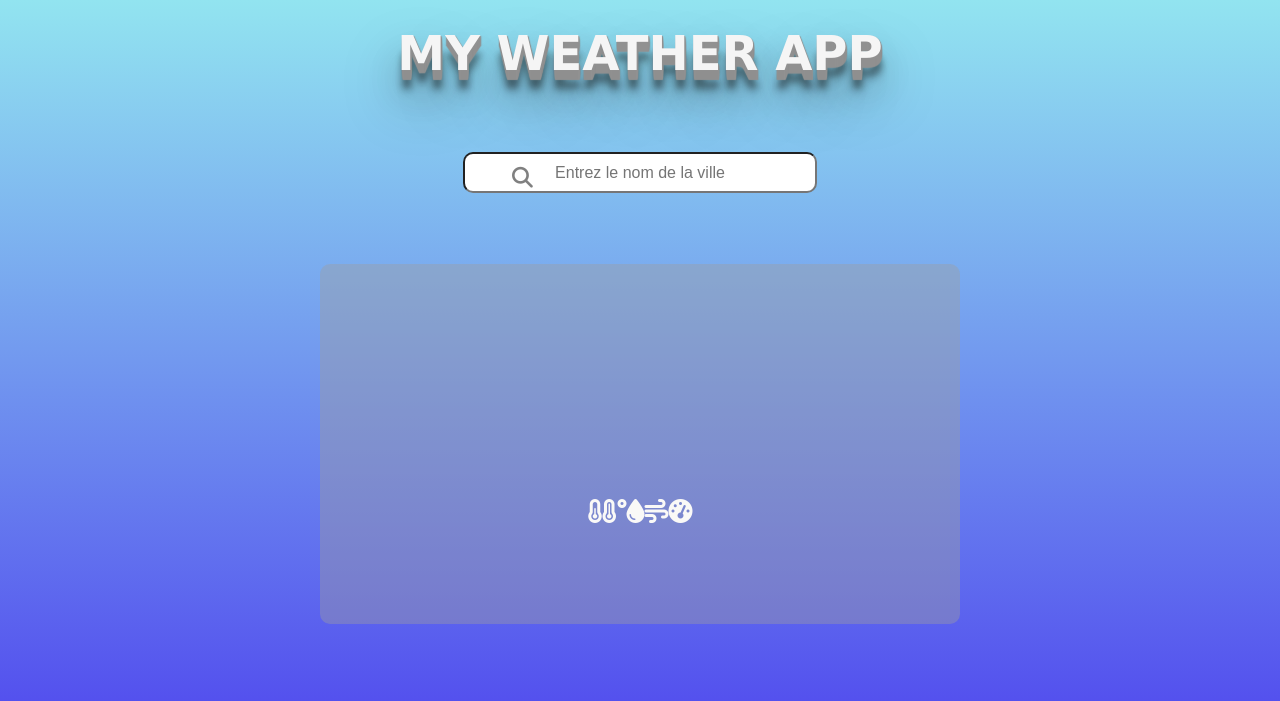
Repository: JeffnyAugustin/MyWeatherApp
Page: index.html
An editor plug-in stored every save of this project. The page is shown before and after a run of saves, followed by the edit.
The browser window is 1280 px wide. The pictures show the whole page.

Above is the page before, as saved 2023-11-15 18:01:05.

### index.html
<!DOCTYPE html>
<html lang="fr">

<head>
    <meta charset="UTF-8">
    <meta http-equiv="X-UA-Compatible" content="IE=edge">
    <meta name="viewport" content="width=device-width, initial-scale=1.0">
    <link rel="stylesheet" href="https://cdnjs.cloudflare.com/ajax/libs/font-awesome/6.4.2/css/all.min.css" integrity="sha512-z3gLpd7yknf1YoNbCzqRKc4qyor8gaKU1qmn+CShxbuBusANI9QpRohGBreCFkKxLhei6S9CQXFEbbKuqLg0DA==" crossorigin="anonymous" referrerpolicy="no-referrer" />
    <link rel="stylesheet" href="/css/style.css">
    <title>My Weather App</title>
</head>

<body>



    <div id="container"></div>

    <script src="/js/script.js"></script>
</body>

</html>

### css/style.css
* {
    padding : 0;
    margin: 0;
}

body {
    display: flex;
    justify-content: center;
    height: 100vh;
    width: 100vw;
    background: linear-gradient(0deg, rgba(82,77,238,1) 0%, rgba(146,228,240,1) 100%);
    overflow-y: hidden;
}

#container {
    display: flex;
    flex-direction: column;
    align-items: center;
    justify-content: space-around;
    gap: 20px;

}



#searchBox {
    width: 350px; /* Ajustez la largeur selon vos besoins */
    margin: 0 auto; /* Centrez la barre de recherche horizontalement */
    text-align: center;
    height: 37px;
    border-radius: 10px;
    font-size: 1rem;
}

#searchBox input {
    padding-left: 30px; /* Ajoutez un espace pour l'icône à gauche */
}

#searchContainer i.fas.fa-search {
    position: absolute;
    top: 25%;
    transform: translateY(-56%);
    left: 40%;
    color: grey;
    font-size: 1.3em;
  }


#allTogether {
    width: 50VW;
    height: 50VH;
    display: flex;
    flex-direction: column;
    justify-content: space-evenly;
    align-items: center;
    background-color: rgb(158 158 158 / 40%);
    border-radius: 10px;
}

div#meteoElement {
    display: flex;
    flex-direction: row;
    justify-content: space-around;
    flex-wrap: wrap;
    color: rgb(250, 249, 247);
    font-size: 1.5rem;
}

div#cityElement {
    display: flex;
    flex-direction: row;
    gap: 10px;
    justify-content: center;
}

div#cityDescription {
    display: flex;
    flex-direction: column;
    gap: 20PX;
}

#prevision {
    background-color: rgb(134 126 126 / 41%);
    display: flex;
    flex-direction: row;
    justify-content: center;
    align-items: center;
    gap: 10px;
}

.day-forecast {
    display: flex;
    flex-direction: column;
    align-items: center;
    height: 98%;
    width: 230px;
    background-color: #eeeced4f;
}


p {
    font-size: 2rem;
    color: white;
}

p.cityName {
    text-align: center;
}

h1.textTitle {
    text-transform: uppercase;
    font-family: verdana;
    font-size: 3em;
    font-weight: 700;
    color: #f5f5f5;
    text-shadow: 1px 1px 1px #919191,
        1px 2px 1px #919191,
        1px 3px 1px #919191,
        1px 4px 1px #919191,
        1px 5px 1px #919191,
        1px 6px 1px #919191,
        1px 7px 1px #919191,
        1px 8px 1px #919191,
        1px 9px 1px #919191,
        1px 10px 1px #919191,
    1px 18px 6px rgba(16,16,16,0.4),
    1px 22px 10px rgba(16,16,16,0.2),
    1px 25px 35px rgba(16,16,16,0.2),
    1px 30px 60px rgba(16,16,16,0.4);
}


.temps {
    font-size: 1.5rem;
}
.feels-like {
    font-size: 1.5rem;
  }

  .humidity {
    font-size: 1.5rem;
}

.wind {
    font-size: 1.5rem;
}

.pressure {
    font-size: 1.5rem;
}

### js/script.js
// Clé D'api
const API_KEY = "b476218e49ef0d0755a713e9ba77f79a";
// Lien vers L'api finissant par une recherche
const API_URL = `https://api.openweathermap.org/data/2.5/forecast?appid=${API_KEY}&units=metric&lang=fr&q=`;


const divContain = document.getElementById("container");
divContain.id = "container";


const titleDiv = document.createElement("div");
titleDiv.className = "title";

// Création H1
const heading = document.createElement('h1');
heading.className = "textTitle"

// Set the text content of the h1 element
heading.textContent = 'My Weather App';


// Création de div pour la recherche
const searchDiv = document.createElement("div");
searchDiv.id = "searchContainer";

// Création barre de recherche
const inputSearch = document.createElement("input");
inputSearch.id = "searchBox";
inputSearch.type = "text";
inputSearch.placeholder = "Entrez le nom de la ville"; // Ajout du placeholder

// Ajoutez cette ligne pour ajouter l'icône de loupe à la barre de recherche
const searchIcon = document.createElement("i");
searchIcon.className = "fas fa-search";
searchDiv.appendChild(searchIcon);


// Création de div
const newDiv = document.createElement("div");
newDiv.id = "allTogether";

// Création de div
const forecastDiv = document.createElement("div");
forecastDiv.id = "prevision";




const infoCityDiv = document.createElement("div");
infoCityDiv.id = "cityDescription";


// Création de div oiuyr stocker img + description
const cityImgDiv = document.createElement("div");
cityImgDiv.id = "cityElement";

// Création de div pour afficher les informations météorologiques
const weather = document.createElement("div");
weather.id = "meteoElement";

// Création balise paragraphe pour collecter le nom de la ville
const cityName = document.createElement("p");
cityName.className = "cityName";

// Création de div pour afficher la température
const temperatureDiv = document.createElement("div");
temperatureDiv.className = "temperature-container";

// Création balise paragraphe
const temperature = document.createElement("p");
temperature.className = "temps";

// Création de div pour afficher le temps ressenti
const feelsLikeDiv = document.createElement("div");
feelsLikeDiv.className = "feels-like-container";

// Création balise paragraphe pour la sensation thermique
const feelsLike = document.createElement("p");
feelsLike.className = "feels-like";

// Création de div pour afficher l'humidité
const humidityDiv = document.createElement("div");
humidityDiv.className = "humidity-container";

// Création de balise paragraphe pour l'humidité
const humidity = document.createElement("p");
humidity.className = "humidity";

// Création de div pour afficher le vent
const windDiv = document.createElement("div");
windDiv.className = "wind-container";

// Création de balise wind
const DataWind = document.createElement("p");
DataWind.className = "wind";



// Création de div pour l'humidité
const pressureDiv = document.createElement("div");
pressureDiv.className = "pressure-container";

// Création de balise paragraphe pour la pression atmosphérique
const pressure = document.createElement("p");
pressure.className = "pressure";

// Création de div pour afficher la description
const descriptionDiv = document.createElement("div");
descriptionDiv.className = "description-container";

// Création de balise paragraphe pour la description
const description = document.createElement("p");
description.className = "description";



// Création balise image
const image = document.createElement("img");

// Création balise icône pour la température
const temperatureIcon = document.createElement("i");
temperatureIcon.className = "fas fa-thermometer-half";

// Création balise icône pour la sensation thermique
const feelsLikeIcon = document.createElement("i");
feelsLikeIcon.className = "fas fa-temperature-high";

// Création balise icône pour l'humidité
const humidityIcon = document.createElement("i");
humidityIcon.className = "fas fa-tint";

// Création balise icône pour le vent
const windIcon = document.createElement("i");
windIcon.className = "fas fa-wind";

// Création balise icône pour la pression
const pressureIcon = document.createElement("i");
pressureIcon.className = "fas fa-tachometer-alt";



temperatureDiv.append(temperatureIcon, temperature); // ajout de l'icône

feelsLikeDiv.append(feelsLikeIcon, feelsLike); // ajout de l'icône

humidityDiv.append(humidityIcon, humidity); // ajout de l'icône

windDiv.append(windIcon, DataWind); // ajout de l'icône

pressureDiv.append(pressureIcon, pressure)

descriptionDiv.appendChild( description); // ajout de l'icône




// Function to format the date and time
function formatDateTime() {
    const currentDate = new Date();
    const options = { weekday: 'long', year: 'numeric', month: 'long', day: 'numeric', hour: 'numeric', minute: 'numeric'};
    return currentDate.toLocaleDateString('fr-FR', options);
}

// Create a div to display the date and time
    const dateTimeDiv = document.createElement("div");
    dateTimeDiv.id = "dateTime";
    infoCityDiv.appendChild(dateTimeDiv);

function checkWeather(city) {
    fetch(API_URL + city)
        .then(res => {
            if (!res.ok) {
                throw new Error("La ville n'a pas été trouvée");
            }
            return res.json();
        })
        .then(data => {
            cityName.textContent = data.city.name;
            image.src = `http://openweathermap.org/img/w/${data.list[0].weather[0].icon}.png`;

            description.textContent = data.list[0].weather[0].description;
            temperature.innerHTML = ` Température :  ${Math.round(data.list[0].main.temp)}°C `;
            feelsLike.textContent = "Temps Ressenti : " + Math.round(data.list[0].main.feels_like) + "°C";
            humidity.textContent = "Humidité  : " + data.list[0].main.humidity + "%";
            DataWind.textContent = "Vitesse du vent : " + Math.floor(data.list[0].wind.speed) + " Km/h";
            pressure.textContent = "Pression : " + data.list[0].main.pressure + " hPa";


             // Afficher les prévisions pour les 5 prochains jours
             for (let i = 0; i < data.list.length; i += 8) {
                const dayForecast = document.createElement("div");
                dayForecast.className = "day-forecast";

                const date = new Date(data.list[i].dt * 1000);
                const dayName = new Intl.DateTimeFormat('fr-FR', { weekday: 'long' }).format(date);

                const dayNameElement = document.createElement("p");
                dayNameElement.textContent = dayName;

                const iconElement = document.createElement("img");
                iconElement.src = `http://openweathermap.org/img/w/${data.list[i].weather[0].icon}.png`;

                const descriptionElement = document.createElement("p");
                descriptionElement.textContent = data.list[i].weather[0].description;

                const temperatureElement = document.createElement("p");
                temperatureElement.textContent = ` ${Math.round(data.list[i].main.temp)}°C`;

                dayForecast.append(dayNameElement, iconElement, descriptionElement, temperatureElement);
                forecastDiv.appendChild(dayForecast);
             }

               // Display the date and time
               dateTimeDiv.textContent = "Date du jour : " + formatDateTime();

        })
        .catch(error => {
            console.error("Erreur de requête :", error.message);
            // Ajoutez ici un traitement pour informer l'utilisateur de l'erreur
        });
}

inputSearch.addEventListener("change", () => {
    checkWeather(inputSearch.value);
});


weather.append(temperatureDiv, feelsLikeDiv, humidityDiv, windDiv, pressureDiv); // ajout des éléments Weather
newDiv.append(infoCityDiv, weather); // ajout du conteneur Weather à newDiv
infoCityDiv.append(cityName, cityImgDiv)
cityImgDiv.append(image, descriptionDiv)
titleDiv.appendChild(heading)
// Ajout de la barre de recherche à la div de recherche
searchDiv.appendChild(inputSearch);
divContain.append(titleDiv, searchDiv, newDiv, forecastDiv); // ajout de tous les éléments à divContain
document.body.appendChild(divContain);



// Mise à jour des informations météorologiques toutes les 5 minutes
setInterval(function () {
    // Ici, mettre à jour les informations de la météo à l'aide de l'API ou d'autres sources
    // Vous pouvez appeler la fonction checkWeather avec la dernière ville recherchée
    checkWeather(inputSearch.value);
}, 5 * 60 * 1000);

After the next 2 saves:
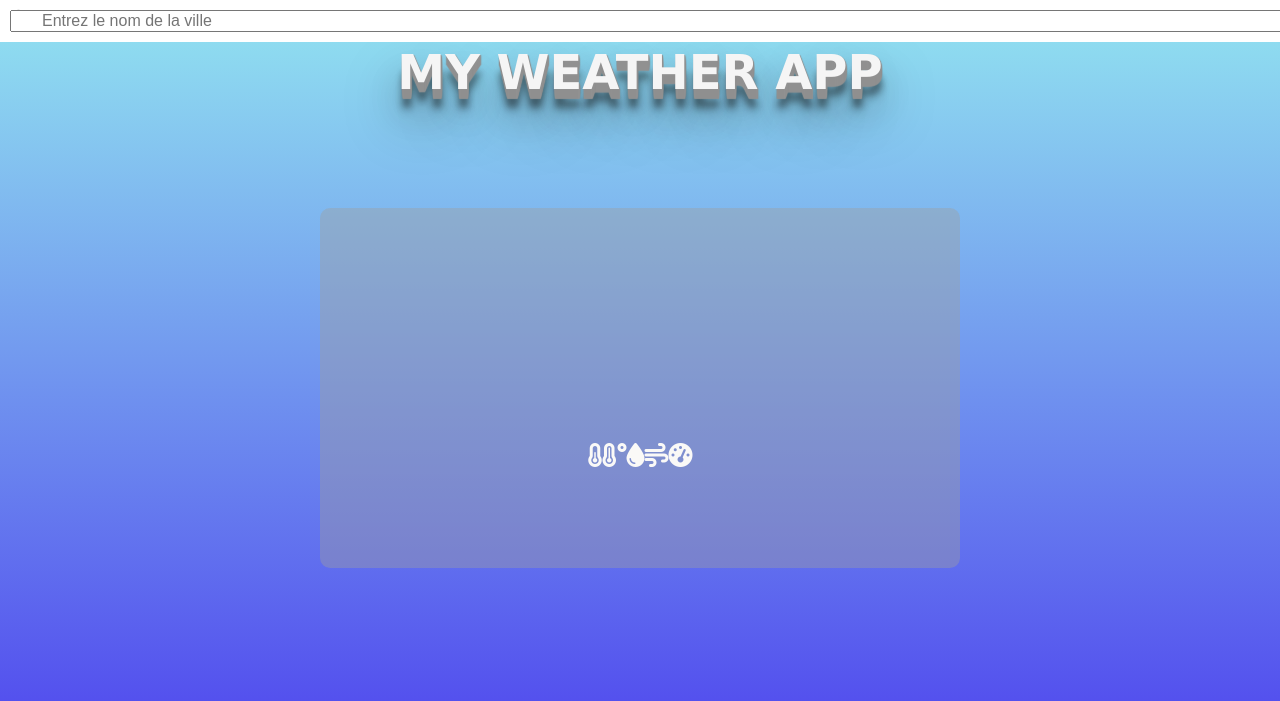
The 2 saves are shown as one change because they came seconds apart.
The last was saved 88 s later.
--- a/css/style.css
+++ b/css/style.css
@@ -1,5 +1,5 @@
 * {
-    padding : 0;
+    padding: 0;
     margin: 0;
 }
 
@@ -8,7 +8,7 @@
     justify-content: center;
     height: 100vh;
     width: 100vw;
-    background: linear-gradient(0deg, rgba(82,77,238,1) 0%, rgba(146,228,240,1) 100%);
+    background: linear-gradient(0deg, rgba(82, 77, 238, 1) 0%, rgba(146, 228, 240, 1) 100%);
     overflow-y: hidden;
 }
 
@@ -18,42 +18,49 @@
     align-items: center;
     justify-content: space-around;
     gap: 20px;
-
 }
 
-
+#searchContainer {
+    position: fixed;
+    top: 0;
+    left: 0;
+    width: 100%;
+    background-color: #fff;
+    padding: 10px;
+    z-index: 1000;
+    display: flex;
+    justify-content: center;
+}
 
 #searchBox {
-    width: 350px; /* Ajustez la largeur selon vos besoins */
-    margin: 0 auto; /* Centrez la barre de recherche horizontalement */
-    text-align: center;
-    height: 37px;
-    border-radius: 10px;
+    position: relative;
+    flex: 1;
+    padding-left: 30px;
     font-size: 1rem;
 }
 
 #searchBox input {
-    padding-left: 30px; /* Ajoutez un espace pour l'icône à gauche */
+    padding-left: 30px;
+    width: 100%;
 }
 
 #searchContainer i.fas.fa-search {
     position: absolute;
-    top: 25%;
-    transform: translateY(-56%);
-    left: 40%;
+    top: 50%;
+    transform: translateY(-50%);
+    left: 10px;
     color: grey;
     font-size: 1.3em;
-  }
-
+}
 
 #allTogether {
-    width: 50VW;
-    height: 50VH;
+    width: 50vw;
+    height: 50vh;
     display: flex;
     flex-direction: column;
     justify-content: space-evenly;
     align-items: center;
-    background-color: rgb(158 158 158 / 40%);
+    background-color: rgba(158, 158, 158, 0.4);
     border-radius: 10px;
 }
 
@@ -62,7 +69,7 @@
     flex-direction: row;
     justify-content: space-around;
     flex-wrap: wrap;
-    color: rgb(250, 249, 247);
+    color: #faf9f7;
     font-size: 1.5rem;
 }
 
@@ -76,11 +83,11 @@
 div#cityDescription {
     display: flex;
     flex-direction: column;
-    gap: 20PX;
+    gap: 20px;
 }
 
 #prevision {
-    background-color: rgb(134 126 126 / 41%);
+    background-color: rgba(134, 126, 126, 0.41);
     display: flex;
     flex-direction: row;
     justify-content: center;
@@ -97,7 +104,6 @@
     background-color: #eeeced4f;
 }
 
-
 p {
     font-size: 2rem;
     color: white;
@@ -113,31 +119,18 @@
     font-size: 3em;
     font-weight: 700;
     color: #f5f5f5;
-    text-shadow: 1px 1px 1px #919191,
-        1px 2px 1px #919191,
-        1px 3px 1px #919191,
-        1px 4px 1px #919191,
-        1px 5px 1px #919191,
-        1px 6px 1px #919191,
-        1px 7px 1px #919191,
-        1px 8px 1px #919191,
-        1px 9px 1px #919191,
-        1px 10px 1px #919191,
-    1px 18px 6px rgba(16,16,16,0.4),
-    1px 22px 10px rgba(16,16,16,0.2),
-    1px 25px 35px rgba(16,16,16,0.2),
-    1px 30px 60px rgba(16,16,16,0.4);
+    text-shadow: 1px 1px 1px #919191, 1px 2px 1px #919191, 1px 3px 1px #919191, 1px 4px 1px #919191, 1px 5px 1px #919191, 1px 6px 1px #919191, 1px 7px 1px #919191, 1px 8px 1px #919191, 1px 9px 1px #919191, 1px 10px 1px #919191, 1px 18px 6px rgba(16, 16, 16, 0.4), 1px 22px 10px rgba(16, 16, 16, 0.2), 1px 25px 35px rgba(16, 16, 16, 0.2), 1px 30px 60px rgba(16, 16, 16, 0.4);
 }
-
 
 .temps {
     font-size: 1.5rem;
 }
+
 .feels-like {
     font-size: 1.5rem;
-  }
+}
 
-  .humidity {
+.humidity {
     font-size: 1.5rem;
 }
 

After the save that followed:
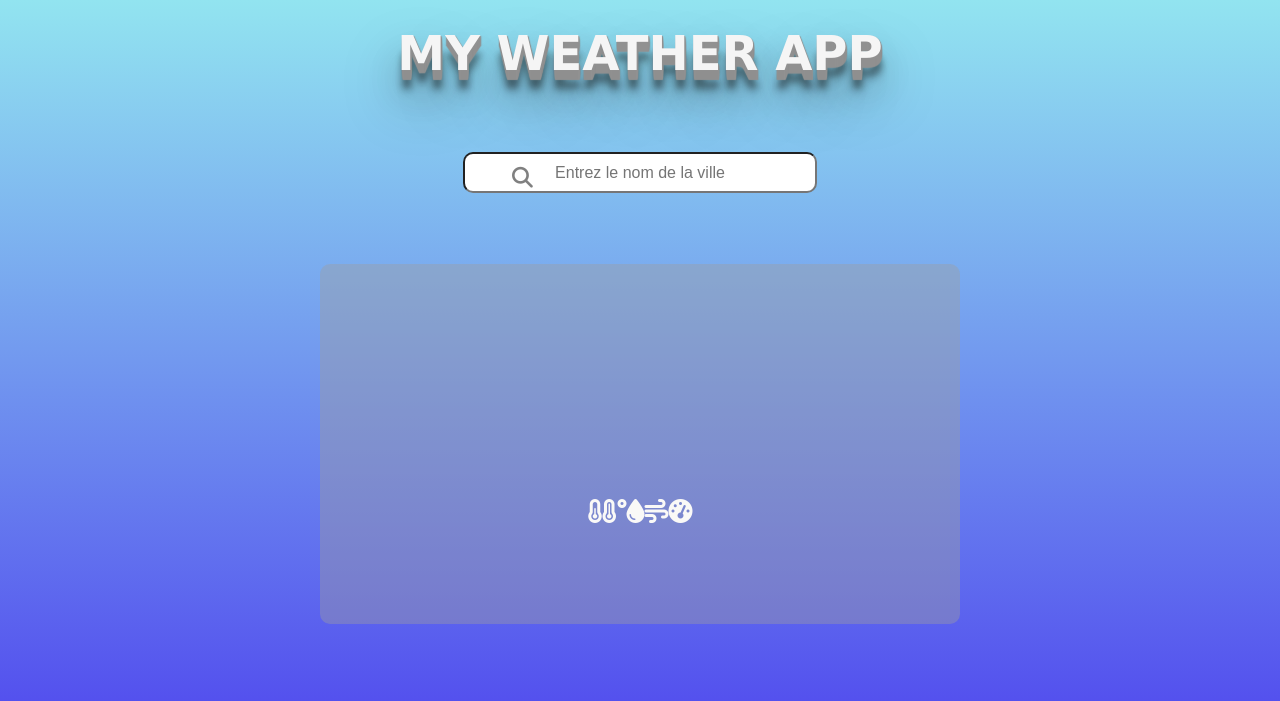
Saved 24 s later.
--- a/css/style.css
+++ b/css/style.css
@@ -1,5 +1,5 @@
 * {
-    padding: 0;
+    padding : 0;
     margin: 0;
 }
 
@@ -8,7 +8,7 @@
     justify-content: center;
     height: 100vh;
     width: 100vw;
-    background: linear-gradient(0deg, rgba(82, 77, 238, 1) 0%, rgba(146, 228, 240, 1) 100%);
+    background: linear-gradient(0deg, rgba(82,77,238,1) 0%, rgba(146,228,240,1) 100%);
     overflow-y: hidden;
 }
 
@@ -18,49 +18,42 @@
     align-items: center;
     justify-content: space-around;
     gap: 20px;
+
 }
 
-#searchContainer {
-    position: fixed;
-    top: 0;
-    left: 0;
-    width: 100%;
-    background-color: #fff;
-    padding: 10px;
-    z-index: 1000;
-    display: flex;
-    justify-content: center;
-}
+
 
 #searchBox {
-    position: relative;
-    flex: 1;
-    padding-left: 30px;
+    width: 350px; /* Ajustez la largeur selon vos besoins */
+    margin: 0 auto; /* Centrez la barre de recherche horizontalement */
+    text-align: center;
+    height: 37px;
+    border-radius: 10px;
     font-size: 1rem;
 }
 
 #searchBox input {
-    padding-left: 30px;
-    width: 100%;
+    padding-left: 30px; /* Ajoutez un espace pour l'icône à gauche */
 }
 
 #searchContainer i.fas.fa-search {
     position: absolute;
-    top: 50%;
-    transform: translateY(-50%);
-    left: 10px;
+    top: 25%;
+    transform: translateY(-56%);
+    left: 40%;
     color: grey;
     font-size: 1.3em;
-}
+  }
+
 
 #allTogether {
-    width: 50vw;
-    height: 50vh;
+    width: 50VW;
+    height: 50VH;
     display: flex;
     flex-direction: column;
     justify-content: space-evenly;
     align-items: center;
-    background-color: rgba(158, 158, 158, 0.4);
+    background-color: rgb(158 158 158 / 40%);
     border-radius: 10px;
 }
 
@@ -69,7 +62,7 @@
     flex-direction: row;
     justify-content: space-around;
     flex-wrap: wrap;
-    color: #faf9f7;
+    color: rgb(250, 249, 247);
     font-size: 1.5rem;
 }
 
@@ -83,11 +76,11 @@
 div#cityDescription {
     display: flex;
     flex-direction: column;
-    gap: 20px;
+    gap: 20PX;
 }
 
 #prevision {
-    background-color: rgba(134, 126, 126, 0.41);
+    background-color: rgb(134 126 126 / 41%);
     display: flex;
     flex-direction: row;
     justify-content: center;
@@ -104,6 +97,7 @@
     background-color: #eeeced4f;
 }
 
+
 p {
     font-size: 2rem;
     color: white;
@@ -119,18 +113,31 @@
     font-size: 3em;
     font-weight: 700;
     color: #f5f5f5;
-    text-shadow: 1px 1px 1px #919191, 1px 2px 1px #919191, 1px 3px 1px #919191, 1px 4px 1px #919191, 1px 5px 1px #919191, 1px 6px 1px #919191, 1px 7px 1px #919191, 1px 8px 1px #919191, 1px 9px 1px #919191, 1px 10px 1px #919191, 1px 18px 6px rgba(16, 16, 16, 0.4), 1px 22px 10px rgba(16, 16, 16, 0.2), 1px 25px 35px rgba(16, 16, 16, 0.2), 1px 30px 60px rgba(16, 16, 16, 0.4);
+    text-shadow: 1px 1px 1px #919191,
+        1px 2px 1px #919191,
+        1px 3px 1px #919191,
+        1px 4px 1px #919191,
+        1px 5px 1px #919191,
+        1px 6px 1px #919191,
+        1px 7px 1px #919191,
+        1px 8px 1px #919191,
+        1px 9px 1px #919191,
+        1px 10px 1px #919191,
+    1px 18px 6px rgba(16,16,16,0.4),
+    1px 22px 10px rgba(16,16,16,0.2),
+    1px 25px 35px rgba(16,16,16,0.2),
+    1px 30px 60px rgba(16,16,16,0.4);
 }
+
 
 .temps {
     font-size: 1.5rem;
 }
-
 .feels-like {
     font-size: 1.5rem;
-}
+  }
 
-.humidity {
+  .humidity {
     font-size: 1.5rem;
 }
 
